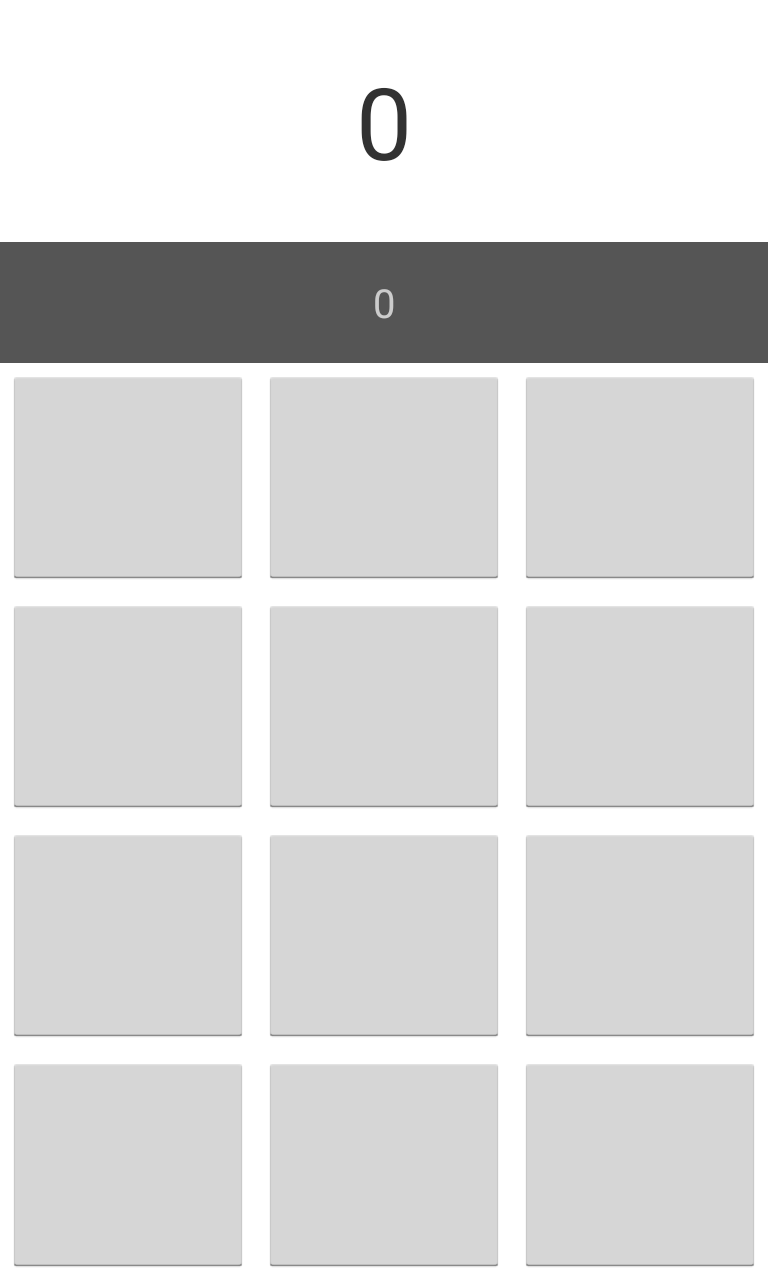
Repository: Wenfeng-GAO/Android-AppLites
Layout: RemoteControl/res/layout/fragment_remote_control.xml
The author's editor kept a copy of each file at every save. The layout is drawn from the files as they stood at one save, then again after the next save.
It is drawn on a 768 x 1280 px phone screen (xhdpi) without system bars, with theme AppTheme; the app's code is not run.

Above is the layout before, as saved 2014-12-22 19:12:42.

After the next save:
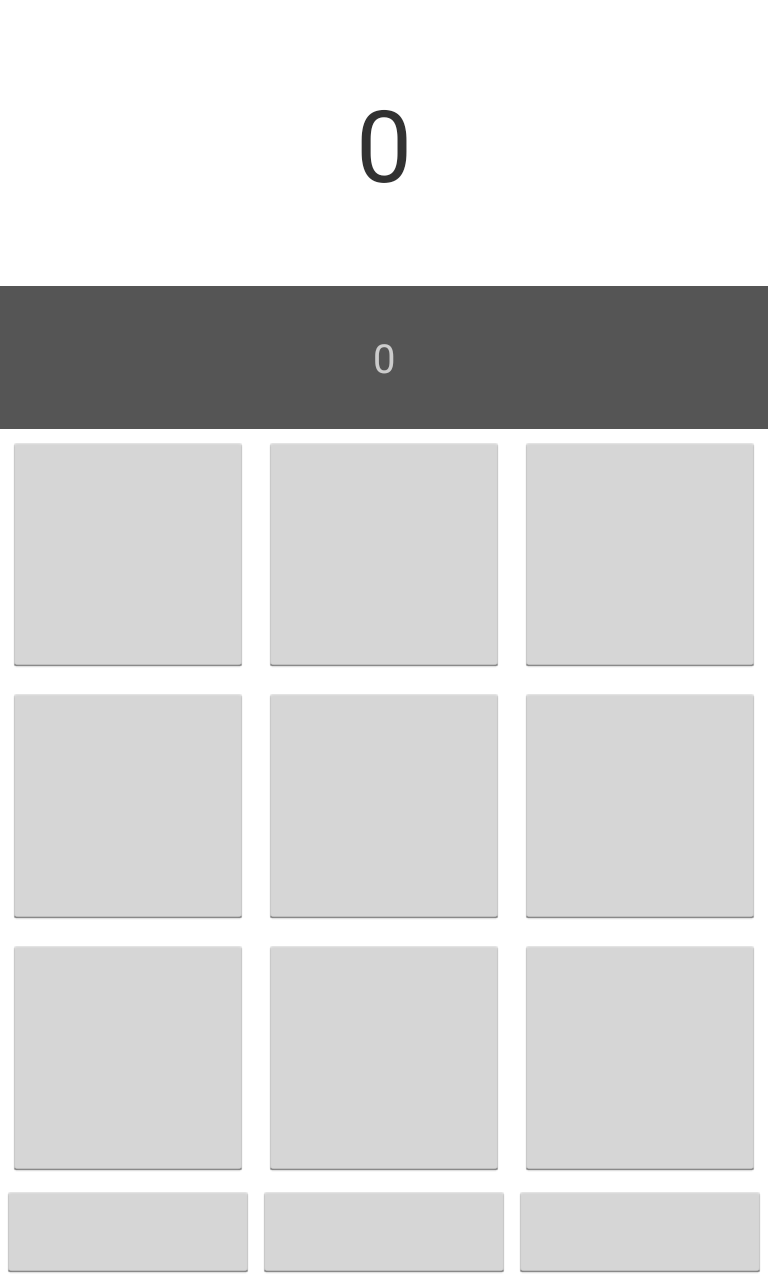
Saved 40 s later.
--- a/RemoteControl/res/layout/fragment_remote_control.xml
+++ b/RemoteControl/res/layout/fragment_remote_control.xml
@@ -30,8 +30,13 @@
 <include
     android:layout_weight="1"
     layout="@layout/button_row" />
-<include
+<!-- <include
     android:layout_weight="1"
     layout="@layout/button_row"
-    style="@style/ControlButton" />
+    style="@style/ControlButton" /> -->
+    <TableRow>
+        <Button style="@style/ControlButton"/>
+        <Button style="@style/ControlButton"/>
+        <Button style="@style/ControlButton"/>
+    </TableRow>
 </TableLayout>
